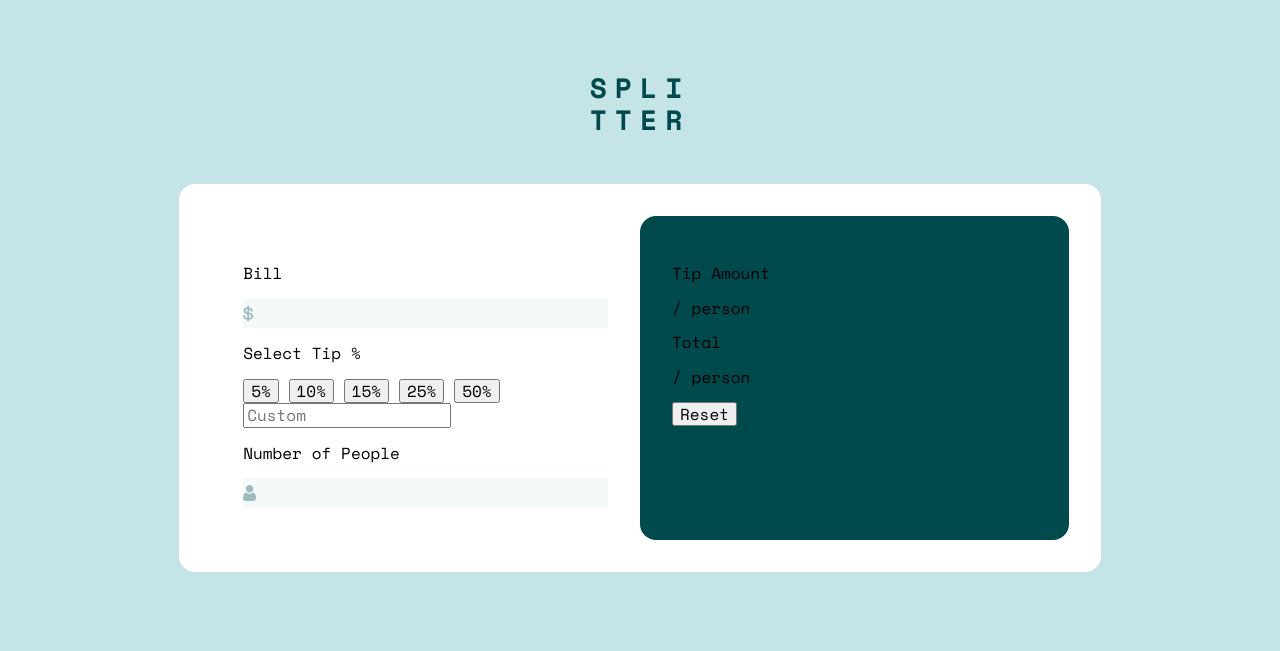
Repository: Jay-JYKim91/FM_tip-calculator
Page: index.html
These files come from the project's save history. The page is drawn as it stood at one moment and after the next save; the edit follows.
The browser window is 1280 px wide. The pictures show the whole page.

Above is the page before, as saved 2021-12-21 21:37:41.

### index.html
<!DOCTYPE html>
<html lang="en">
<head>
  <meta charset="UTF-8">
  <meta name="viewport" content="width=device-width, initial-scale=1.0"> <!-- displays site properly based on user's device -->

  <link rel="icon" type="image/png" sizes="32x32" href="./images/favicon-32x32.png">

  <title>Tip calculator</title>
  <link rel="preconnect" href="https://fonts.googleapis.com">
  <link rel="preconnect" href="https://fonts.gstatic.com" crossorigin>
  <link href="https://fonts.googleapis.com/css2?family=Space+Mono:wght@400;700&display=swap" rel="stylesheet">
  <link rel="stylesheet" href="https://cdnjs.cloudflare.com/ajax/libs/normalize/8.0.1/normalize.min.css" integrity="sha512-NhSC1YmyruXifcj/KFRWoC561YpHpc5Jtzgvbuzx5VozKpWvQ+4nXhPdFgmx8xqexRcpAglTj9sIBWINXa8x5w==" crossorigin="anonymous" referrerpolicy="no-referrer" />
  <link rel="stylesheet" href="style.css">
  <script src="main.js" defer></script>

</head>
<body>
  <main class="container">
    <h1 class="main_title">Spli<br>tter</h1>
    <section class="calculator_wrapper">
      <article class="input_wrapper">
        <div>
          <p class="title">Bill</p>
          <div class="input_form">
            <img src="./images/icon-dollar.svg" alt="dollar">
            <input type="text">
          </div>
        </div>
        <div>
          <p class="title">Select Tip %</p>
          <div class="tip_options">
            <button class="tip_option">5%</button>
            <button class="tip_option">10%</button>
            <button class="tip_option">15%</button>
            <button class="tip_option">25%</button>
            <button class="tip_option">50%</button>
            <input type="tel" id="custom_tip" class="tip_option" placeholder="Custom" autocomplete="off">
          </div>
        </div>
        <div>
          <p class="title">Number of People</p>
          <div class="input_form">
            <img src="./images/icon-person.svg" alt="person">
            <input type="text">
          </div>
        </div>
      </article>
      <article class="result_wrapper">
        <div class="result_rows">
          <div class="result_row">
            <div class="result_title_wrapper">
              <p class="title">Tip Amount</p>
              <p class="subtitle">/ person</p>
            </div>
            <p id="tipAmountPrice"></p>
          </div>
          <div class="result_row">
            <div class="result_title_wrapper">
              <p class="title">Total</p>
              <p class="subtitle">/ person</p>
            </div>
            <p id="totalPrice"></p>
          </div>
        </div>
        <div>
          <button>Reset</button>
        </div>
      </article>
    </section>
  </main>
</body>
</html>

### style.css
:root {
  --body-font: "Space Mono", monospace;

  --strong-cyan: hsl(172, 67%, 45%);
  --very-dark-cyan: hsl(183, 100%, 15%);
  --dark-grayish-cyan: hsl(186, 14%, 43%);
  --dark-grayish-cyan: hsl(184, 14%, 56%);
  --light-grayish-cyan1: hsl(185, 41%, 84%);
  --light-grayish-cyan2: hsl(189, 41%, 97%);
  --white: hsl(0, 0%, 100%);
}
body {
  background-color: var(--light-grayish-cyan1);
  font-family: var(--body-font);
}
.container {
  margin: 10vh 14vw;
}
.main_title {
  margin: 3rem;
  text-align: center;
  text-transform: uppercase;
  letter-spacing: 8px;
  color: var(--very-dark-cyan);
  font-size: 1.75rem;
}
.calculator_wrapper {
  background-color: var(--white);
  display: flex;
  justify-content: space-between;
  padding: 2rem;
  border-radius: 1rem;
}
.input_wrapper {
  flex-basis: 50%;
  padding: 2em;
}
.input_form {
  display: flex;
  align-items: center;
  justify-content: space-between;
  background-color: var(--light-grayish-cyan2);
}
.input_form input {
  width: 90%;
  font-size: 24px;
  border: none;
  background-color: var(--light-grayish-cyan2);
}
.result_wrapper {
  background-color: var(--very-dark-cyan);
  flex-basis: 50%;
  border-radius: 1rem;
  padding: 2em;
}

/* Tablet size */
@media (min-width: 768px) and (max-width: 1023px) {
}

/* Mobile size */
@media (max-width: 767px) {
}

Loaded but not shown: main.js (empty)

After the next save:
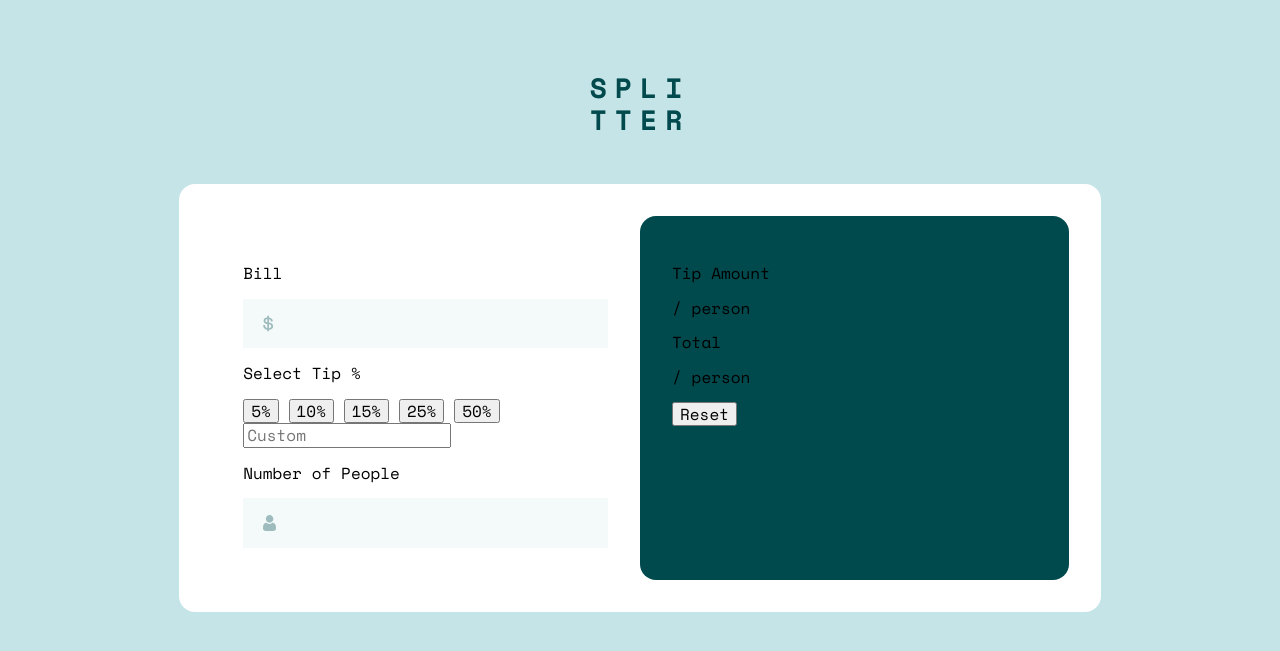
Saved 54 s later.
--- a/style.css
+++ b/style.css
@@ -40,12 +40,14 @@ body {
   align-items: center;
   justify-content: space-between;
   background-color: var(--light-grayish-cyan2);
+  padding: 10px 20px;
 }
 .input_form input {
   width: 90%;
   font-size: 24px;
   border: none;
   background-color: var(--light-grayish-cyan2);
+  text-align: right;
 }
 .result_wrapper {
   background-color: var(--very-dark-cyan);
